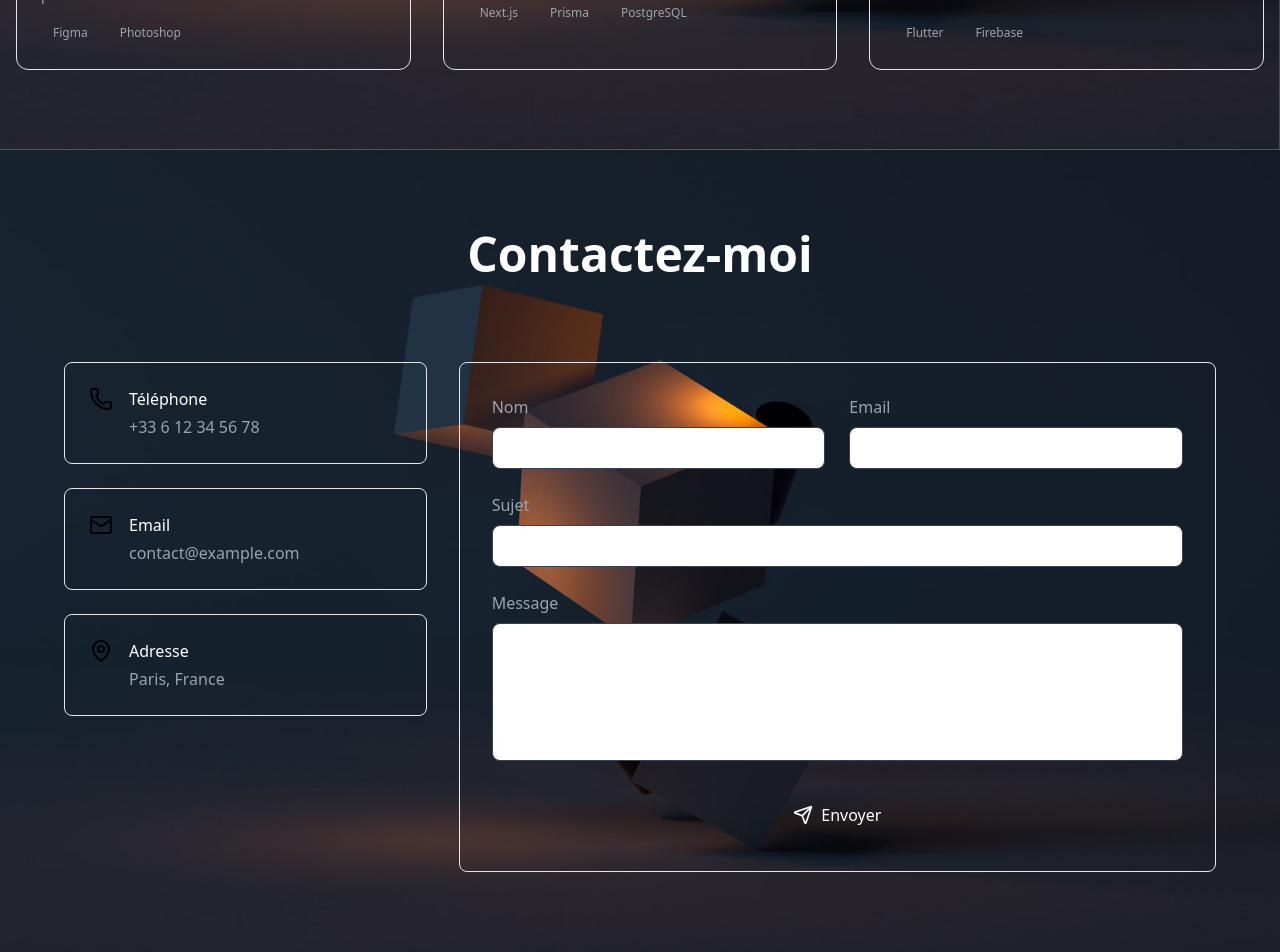
Repository: chouaiboo/cv-app
Page: /
These files come from the project's save history. The page is drawn as it stood at one moment and after the next save; the edit follows.
The browser window is 1280 px wide. The pictures show the part of the page from y = 2670 to 3622 px (the page is 3622 px tall).
The project was rebuilt for these pictures with package versions that can differ from the ones it lists, and the page was loaded fresh each time. Some packages were replaced by stand-ins written for this rebuild.

Above is the page before, as saved 2025-01-10 16:48:09.

### public/index.html
<!DOCTYPE html>
<html lang="en">
  <head>
    <meta charset="utf-8" />
    <link rel="icon" href="%PUBLIC_URL%/favicon.ico" />
    <meta name="viewport" content="width=device-width, initial-scale=1" />
    <meta name="theme-color" content="#000000" />
    <meta
      name="description"
      content="Web site created using create-react-app"
    />
    <link rel="apple-touch-icon" href="%PUBLIC_URL%/logo192.png" />
    <link rel="stylesheet" href="index.css">
    <link href="https://cdn.jsdelivr.net/npm/tailwindcss@2.2.19/dist/tailwind.min.css" rel="stylesheet">

    <!--
      manifest.json provides metadata used when your web app is installed on a
      user's mobile device or desktop. See https://developers.google.com/web/fundamentals/web-app-manifest/
    -->
    <link rel="manifest" href="%PUBLIC_URL%/manifest.json" />
    <!--
      Notice the use of %PUBLIC_URL% in the tags above.
      It will be replaced with the URL of the `public` folder during the build.
      Only files inside the `public` folder can be referenced from the HTML.

      Unlike "/favicon.ico" or "favicon.ico", "%PUBLIC_URL%/favicon.ico" will
      work correctly both with client-side routing and a non-root public URL.
      Learn how to configure a non-root public URL by running `npm run build`.
    -->
    <title>React App</title>
  </head>
  <body>
    <noscript>You need to enable JavaScript to run this app.</noscript>
    <div id="root"></div>
    <!--
      This HTML file is a template.
      If you open it directly in the browser, you will see an empty page.

      You can add webfonts, meta tags, or analytics to this file.
      The build step will place the bundled scripts into the <body> tag.

      To begin the development, run `npm start` or `yarn start`.
      To create a production bundle, use `npm run build` or `yarn build`.
    -->
  </body>
</html>

### src/Compenents/header/Header.jsx
import React, { useState, useEffect } from 'react';
import { Menu, X } from 'lucide-react';

const Header = () => {
  const [isMenuOpen, setIsMenuOpen] = useState(false);
  const [scrolled, setScrolled] = useState(false);

  useEffect(() => {
    const handleScroll = () => {
      setScrolled(window.scrollY > 50);
    };
    window.addEventListener('scroll', handleScroll);
    return () => window.removeEventListener('scroll', handleScroll);
  }, []);

  const menuItems = [
    { title: '// home', href: '#home' },
    { title: '// expertise', href: '#expertise' },
    { title: '// work', href: '#work' },
    { title: '// experience', href: '#experience' },
    { title: '// contact', href: '#contact' }
  ];

  return (
    <header className={`fixed w-full top-0 z-50 transition-all duration-300 ${
      scrolled ? 'bg-[#1A1E23]/90' : 'bg-[#1A1E23]'
    }`}>
      {/* Effet de grille subtile */}
      <div className="absolute inset-0 bg-[linear-gradient(45deg,transparent_25%,rgba(0,0,0,0.2)_50%,transparent_75%)] bg-[length:10px_10px] animate-grain"></div>

      {/* Bordure subtile */}
      <div className="absolute bottom-0 left-0 right-0 h-[1px] bg-gradient-to-r from-transparent via-[#4FD1C5]/20 to-transparent"></div>

      <nav className="container mx-auto px-4 py-4 relative">
        <div className="flex items-center justify-between">
          {/* Logo */}
          <a href="#home" className="text-xl font-mono group">
  <span className="text-blue-500 hover:text-blue-700 transition-colors duration-300">
    ChouaibElhaddad._
  </span>
  <div className="absolute -bottom-1 left-0 w-full h-0.5 bg-gradient-to-r from-[#4FD1C5] to-[#4FD1C5]/50 transform scale-x-0 group-hover:scale-x-100 transition-transform duration-500 ease-out"></div>
</a>

          {/* Menu Desktop */}
          <div className="hidden md:flex space-x-8 items-center">
            {menuItems.map((item) => (
              <a
                key={item.title}
                href={item.href}
                className="relative group py-2"
              >
                <span className="text-gray-400 font-mono text-sm hover:text-white transition-all duration-300 ease-out">
                  {item.title}
                </span>
                <span className="absolute -bottom-1 left-0 w-full h-0.5 bg-[#4FD1C5]/50 transform scale-x-0 group-hover:scale-x-100 transition-transform duration-300 ease-out"></span>
              </a>
            ))}
          </div>

          {/* Bouton Menu Mobile */}
          <button
            className="md:hidden text-gray-400 hover:text-white transition-colors duration-300"
            onClick={() => setIsMenuOpen(!isMenuOpen)}
            aria-label="Toggle menu"
          >
            {isMenuOpen ? (
              <X className="w-6 h-6" />
            ) : (
              <Menu className="w-6 h-6" />
            )}
          </button>
        </div>

        {/* Menu Mobile */}
        <div className={`md:hidden transition-all duration-300 ${
          isMenuOpen ? 'opacity-100 translate-y-0' : 'opacity-0 -translate-y-4 pointer-events-none'
        }`}>
          <div className="mt-4 bg-[#1A1E23]/95 backdrop-blur-sm rounded-lg border border-[#4FD1C5]/10">
            <div className="flex flex-col space-y-4 p-4">
              {menuItems.map((item) => (
                <a
                  key={item.title}
                  href={item.href}
                  className="text-gray-400 hover:text-white transition-colors duration-300 font-mono text-sm"
                  onClick={() => setIsMenuOpen(false)}
                >
                  <span>{item.title}</span>
                </a>
              ))}
            </div>
          </div>
        </div>
      </nav>
    </header>
  );
};

export default Header;

### src/Compenents/home/Home.jsx
import React, { useState, useEffect } from 'react';
import { Code, Smartphone } from 'lucide-react';
import image from '../../image/theme.jpg'

export default function Home() {
  const [mousePosition, setMousePosition] = useState({ x: 0, y: 0 });
  const [scrollPosition, setScrollPosition] = useState(0);

  useEffect(() => {
    const handleMouseMove = (e) => {
      setMousePosition({ x: e.clientX, y: e.clientY });
    };

    const handleScroll = () => {
      setScrollPosition(window.scrollY);
    };

    window.addEventListener('mousemove', handleMouseMove);
    window.addEventListener('scroll', handleScroll);

    return () => {
      window.removeEventListener('mousemove', handleMouseMove);
      window.removeEventListener('scroll', handleScroll);
    };
  }, []);

  return (
    <div id='home' className="relative min-h-screen bg-gradient-to-b from-slate-900 to-slate-800 overflow-hidden">
     <img src={image} alt="" srcset="" />
      {[...Array(20)].map((_, i) => (
        <div
          key={i}
          className="absolute w-2 h-2 bg-white rounded-full opacity-20 animate-pulse"
          style={{
            left: `${Math.random() * 100}%`,
            top: `${Math.random() * 100}%`,
            animationDelay: `${Math.random() * 2}s`,
            transform: `translate(${(mousePosition.x - window.innerWidth/2) * 0.02}px, ${(mousePosition.y - window.innerHeight/2) * 0.02}px)`
          }}
        />
      ))}

      {/* Animated decorative elements */}
      <div className="absolute top-1/2 right-1/4 transform rotate-45 z-10 transition-transform duration-500 hover:scale-110">
        <div className="w-40 h-40 bg-orange-500 opacity-80 animate-spin-slow"></div>
      </div>

      <div className="absolute top-1/3 right-1/3 z-10">
        <div className="w-16 h-16 rounded-full bg-gradient-to-r from-orange-300 to-orange-400 blur-sm animate-bounce"></div>
      </div>

      {/* Interactive sun that follows mouse */}
      <div
        className="absolute z-30 transition-all duration-300 ease-out"
        style={{
          top: '25%',
          left: '50%',
          transform: `translate(${(mousePosition.x - window.innerWidth/2) * 0.05}px, ${(mousePosition.y - window.innerHeight/2) * 0.05}px)`,
        }}
      >
        <div className="w-32 h-32 rounded-full bg-gradient-to-r from-yellow-400 to-orange-500 animate-pulse shadow-lg shadow-yellow-500/50"></div>
      </div>

      {/* Main content with parallax effect */}
      <div
        className="absolute top-1/2 left-1/2 transform -translate-x-1/2 -translate-y-1/2 z-20 text-center"
        style={{
          transform: `translate(-50%, calc(-50% + ${scrollPosition * 0.5}px))`,
        }}
      >
        <h1 className="text-6xl md:text-8xl font-bold text-transparent bg-clip-text bg-gradient-to-r from-white to-orange-400 animate-gradient">
          CHOUAIB ELHADDAD
        </h1>

        <div className="flex items-center justify-center gap-6 mt-8">
          <Code className="w-8 h-8 text-orange-400" />
          <h2 className="text-3xl md:text-4xl font-medium text-white">
            FULL STACK DEVELOPER
          </h2>
          <Smartphone className="w-8 h-8 text-orange-400" />
        </div>

        {/* Animated skills indicators */}
        <div className="mt-12 flex gap-4 justify-center">
          {['React', 'Node.js', 'web', 'UI/UX','3d'].map((skill, index) => (
            <div
              key={skill}
              className="px-4 py-2 bg-slate-800/50 rounded-full text-white border border-orange-400/30 hover:border-orange-400 transition-all duration-300"
              style={{
                animation: `fadeInUp 0.5s ease-out ${index * 0.1}s forwards`,
                opacity: 0,
                transform: 'translateY(20px)',
              }}
            >
              {skill}
            </div>
          ))}
        </div>
      </div>

      {/* Add some style for animations */}
      <style jsx>{`
        @keyframes fadeInUp {
          to {
            opacity: 1;
            transform: translateY(0);
          }
        }
        @keyframes spin-slow {
          from {
            transform: rotate(0deg);
          }
          to {
            transform: rotate(360deg);
          }
        }
        .animate-spin-slow {
          animation: spin-slow 20s linear infinite;
        }
        .animate-gradient {
          background-size: 200% 200%;
          animation: gradient 8s ease infinite;
        }
        @keyframes gradient {
          0% {
            background-position: 0% 50%;
          }
          50% {
            background-position: 100% 50%;
          }
          100% {
            background-position: 0% 50%;
          }
        }
      `}</style>
    </div>
  );
}

### src/Compenents/work/Contact/Contact.jsx
import React, { useState } from 'react';
import { Mail, Phone, MapPin, Send } from 'lucide-react';
import image from '../../../image/theme.jpg';

export default function ContactSection() {
  const [formData, setFormData] = useState({
    name: '',
    email: '',
    subject: '',
    message: ''
  });

  const [isSubmitting, setIsSubmitting] = useState(false);

  const handleChange = (e) => {
    const { name, value } = e.target;
    setFormData(prev => ({
      ...prev,
      [name]: value
    }));
  };

  const handleSubmit = async (e) => {
    e.preventDefault();
    setIsSubmitting(true);
    // Simuler l'envoi
    await new Promise(resolve => setTimeout(resolve, 1000));
    setIsSubmitting(false);
    // Reset form
    setFormData({
      name: '',
      email: '',
      subject: '',
      message: ''
    });
    // Vous pouvez ajouter ici la logique d'envoi réel
  };

  const contactInfo = [
    {
      icon: <Phone className="w-6 h-6" />,
      title: "Téléphone",
      content: "+33 6 12 34 56 78",
      link: "tel:+33612345678"
    },
    {
      icon: <Mail className="w-6 h-6" />,
      title: "Email",
      content: "contact@example.com",
      link: "mailto:contact@example.com"
    },
    {
      icon: <MapPin className="w-6 h-6" />,
      title: "Adresse",
      content: "Paris, France",
      link: "https://maps.google.com"
    }
  ];

  return (
    <div className="relative min-h-screen bg-[#1B202A]" id="contact">
      {/* Image d'arrière-plan */}
      <img
        src={image}
        alt="Background theme"
        className="w-full h-full object-cover absolute inset-0"
      />

      {/* Overlay pour opacité */}
      <div className="absolute inset-0 bg-gradient-to-b from-black/70 to-[#1B202A]/90"></div>

      {/* Étoiles animées */}
      <div className="absolute inset-0 opacity-5">
        {[...Array(50)].map((_, i) => (
          <div
            key={i}
            className="absolute w-1 h-1 bg-orange-400 rounded-full"
            style={{
              left: `${Math.random() * 100}%`,
              top: `${Math.random() * 100}%`,
              animation: `twinkle ${Math.random() * 3 + 2}s ease-in-out infinite`,
            }}
          />
        ))}
      </div>

      {/* Contenu principal */}
      <div className="relative container mx-auto px-4 py-20">
        {/* Section Header */}
        <div className="text-center mb-16">
          <h2 className="text-4xl md:text-5xl font-bold text-white mb-4">
            Contactez-moi
          </h2>
          <div className="w-20 h-1 bg-orange-400 mx-auto mb-8"></div>
        </div>

        <div className="grid grid-cols-1 lg:grid-cols-3 gap-8 max-w-6xl mx-auto">
          {/* Contact Info Cards */}
          <div className="col-span-1">
            <div className="space-y-6">
              {contactInfo.map((info, index) => (
                <a
                  key={index}
                  href={info.link}
                  target="_blank"
                  rel="noopener noreferrer"
                  className="group block bg-[#252A34]/80 backdrop-blur-sm p-6 rounded-lg
                           border border-gray-700/30 hover:border-orange-500/50
                           transform transition-all duration-300 hover:scale-105"
                >
                  <div className="flex items-start space-x-4">
                    <div className="text-orange-400 transition-transform duration-300
                                  group-hover:scale-110 group-hover:rotate-6">
                      {info.icon}
                    </div>
                    <div>
                      <h3 className="text-white font-medium mb-1">{info.title}</h3>
                      <p className="text-gray-400 group-hover:text-orange-400
                                  transition-colors duration-300">
                        {info.content}
                      </p>
                    </div>
                  </div>
                </a>
              ))}
            </div>
          </div>

          {/* Contact Form */}
          <div className="col-span-2">
            <form onSubmit={handleSubmit} className="bg-[#252A34]/80 backdrop-blur-sm p-8 rounded-lg
                                                   border border-gray-700/30">
              <div className="grid grid-cols-1 md:grid-cols-2 gap-6 mb-6">
                <div>
                  <label htmlFor="name" className="block text-gray-400 mb-2">Nom</label>
                  <input
                    type="text"
                    id="name"
                    name="name"
                    value={formData.name}
                    onChange={handleChange}
                    required
                    className="w-full bg-[#1B202A]/50 border border-gray-700 rounded-lg px-4 py-2
                             text-white focus:outline-none focus:border-orange-400
                             transition-colors duration-300"
                  />
                </div>
                <div>
                  <label htmlFor="email" className="block text-gray-400 mb-2">Email</label>
                  <input
                    type="email"
                    id="email"
                    name="email"
                    value={formData.email}
                    onChange={handleChange}
                    required
                    className="w-full bg-[#1B202A]/50 border border-gray-700 rounded-lg px-4 py-2
                             text-white focus:outline-none focus:border-orange-400
                             transition-colors duration-300"
                  />
                </div>
              </div>

              <div className="mb-6">
                <label htmlFor="subject" className="block text-gray-400 mb-2">Sujet</label>
                <input
                  type="text"
                  id="subject"
                  name="subject"
                  value={formData.subject}
                  onChange={handleChange}
                  required
                  className="w-full bg-[#1B202A]/50 border border-gray-700 rounded-lg px-4 py-2
                           text-white focus:outline-none focus:border-orange-400
                           transition-colors duration-300"
                />
              </div>

              <div className="mb-6">
                <label htmlFor="message" className="block text-gray-400 mb-2">Message</label>
                <textarea
                  id="message"
                  name="message"
                  value={formData.message}
                  onChange={handleChange}
                  required
                  rows="5"
                  className="w-full bg-[#1B202A]/50 border border-gray-700 rounded-lg px-4 py-2
                           text-white focus:outline-none focus:border-orange-400
                           transition-colors duration-300 resize-none"
                ></textarea>
              </div>

              <button
                type="submit"
                disabled={isSubmitting}
                className="w-full bg-orange-400 hover:bg-orange-500 text-white font-medium
                         py-3 px-6 rounded-lg transition-colors duration-300
                         flex items-center justify-center gap-2"
              >
                {isSubmitting ? (
                  <div className="animate-spin rounded-full h-5 w-5 border-2 border-white"></div>
                ) : (
                  <>
                    <Send className="w-5 h-5" />
                    Envoyer
                  </>
                )}
              </button>
            </form>
          </div>
        </div>
      </div>

      {/* Animations */}
      <style jsx>{`
        @keyframes twinkle {
          0%, 100% {
            opacity: 0.1;
          }
          50% {
            opacity: 0.5;
          }
        }
      `}</style>
    </div>
  );
}

Loaded but not shown: src/index.js (common file); src/reportWebVitals.js (common file); public/index.css (common file); src/App.js (22 lines, source omitted); src/Compenents/work/Work.jsx (217 lines, source omitted); src/Compenents/expertise/Expertise.jsx (139 lines, source omitted)

After the next save:
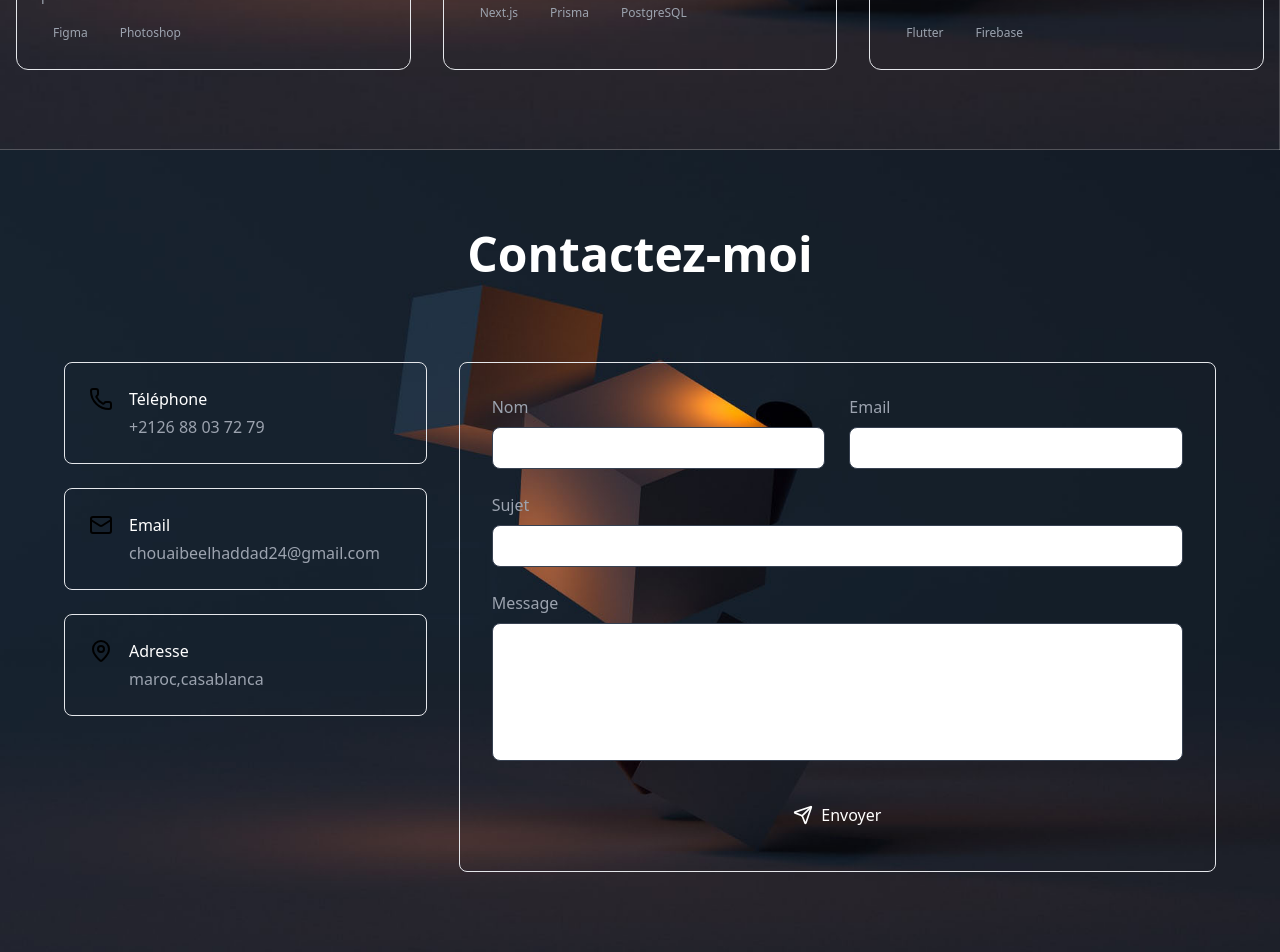
Saved 116 s later.
--- a/src/Compenents/work/Contact/Contact.jsx
+++ b/src/Compenents/work/Contact/Contact.jsx
@@ -40,19 +40,19 @@
     {
       icon: <Phone className="w-6 h-6" />,
       title: "Téléphone",
-      content: "+33 6 12 34 56 78",
-      link: "tel:+33612345678"
+      content: "+2126 88 03 72 79",
+      link: "tel:+212616032723"
     },
     {
       icon: <Mail className="w-6 h-6" />,
       title: "Email",
-      content: "contact@example.com",
+      content: "chouaibeelhaddad24@gmail.com",
       link: "mailto:contact@example.com"
     },
     {
       icon: <MapPin className="w-6 h-6" />,
       title: "Adresse",
-      content: "Paris, France",
+      content: "maroc,casablanca",
       link: "https://maps.google.com"
     }
   ];
